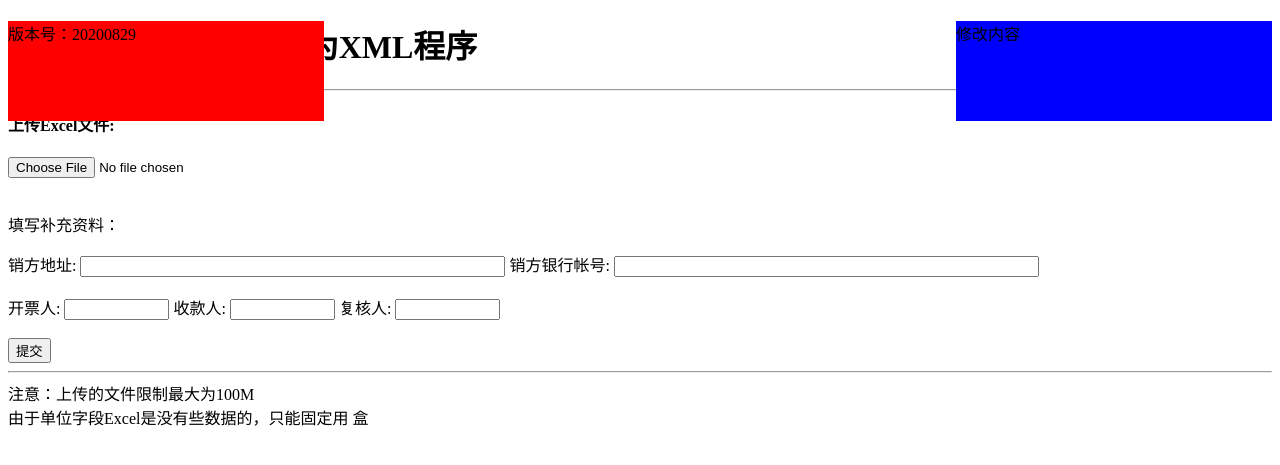
Repository: SFGuile/learnSpringapp
Page: http://localhost/demo/home.jsp
An editor plug-in stored every save of this project. The page is shown before and after the next save, followed by the edit.
The browser window is 1280 px wide. The pictures show the whole page.
The page is served by Tomcat 9.

Above is the page before, as saved 2020-08-29 01:28:21.

After the next save:
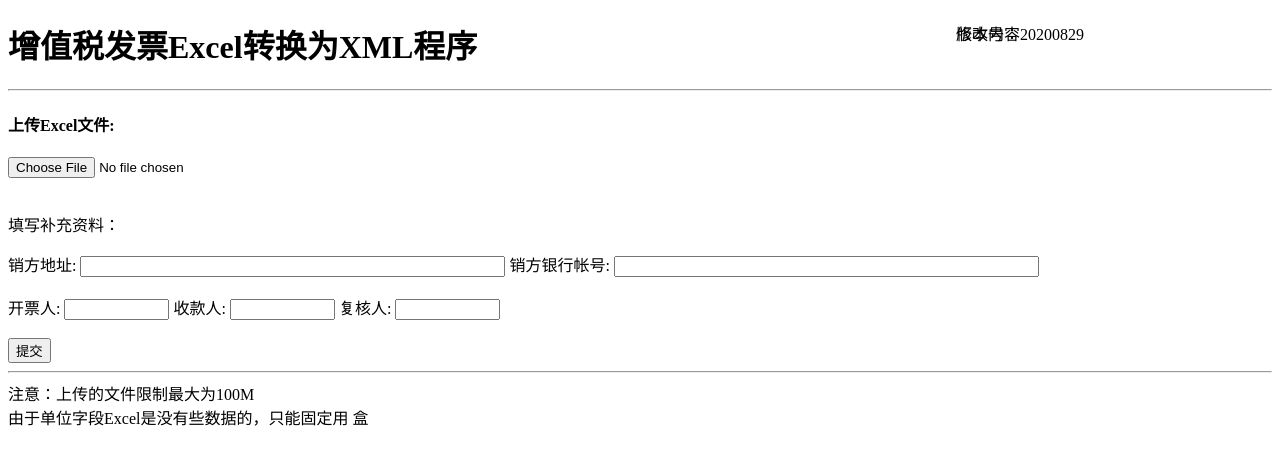
Saved 73 s later.
--- a/demo/src/main/webapp/home.jsp
+++ b/demo/src/main/webapp/home.jsp
@@ -10,11 +10,11 @@
 <body>
 
  <div style="position: relative;width:100%;">
-    <div style="position:absolute;left:0px;background-color:red;width:25%;height:100px;">
+    <div style="position:absolute;right:0px;width:25%;height:100px;">
                     版本号：20200829
     </div>
 
-    <div style="position:absolute;right:0px;background-color:blue;width:25%;height:100px;">
+    <div style="position:absolute;right:0px;width:25%;height:100px;">
                   修改内容
     </div>
 </div>
